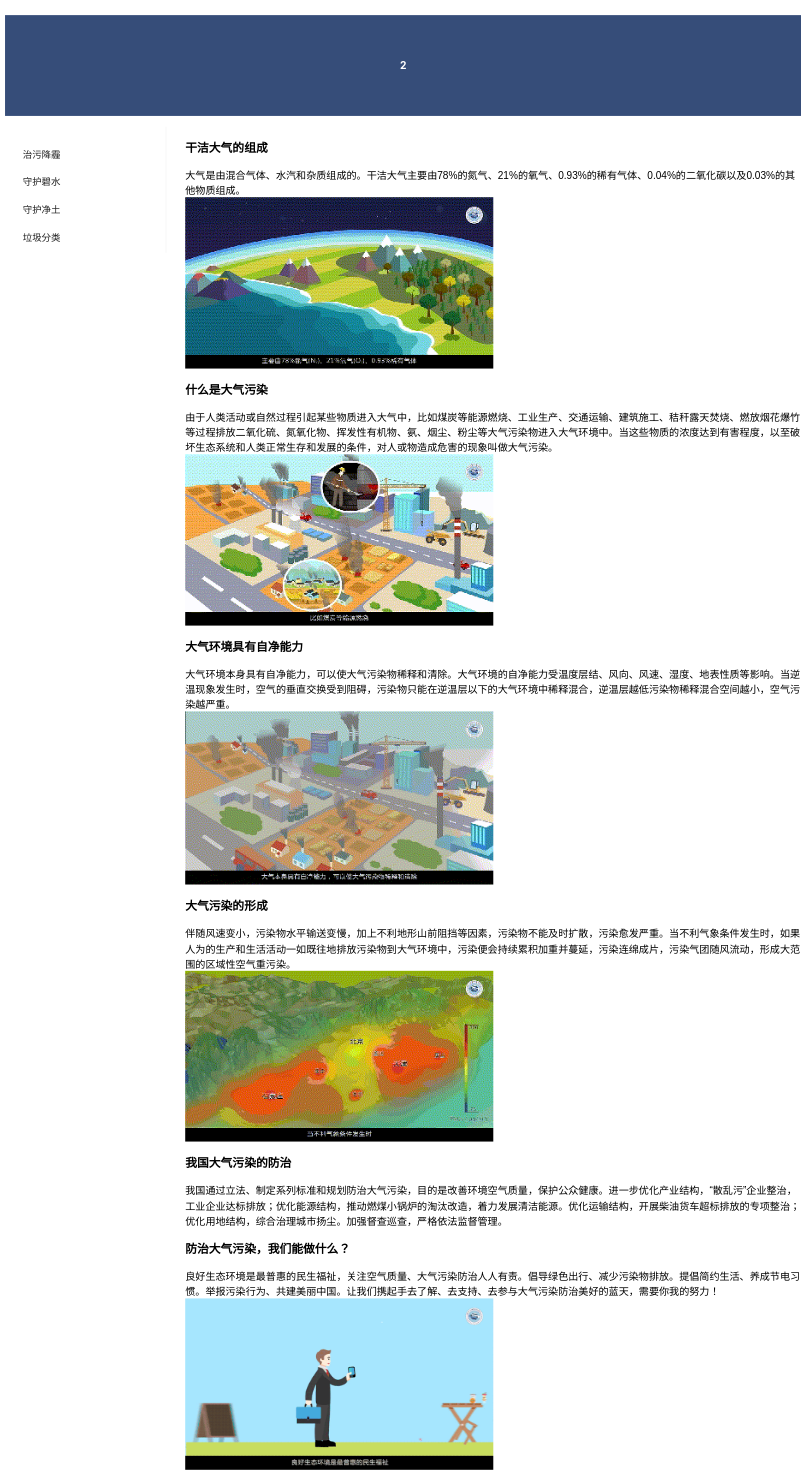
Repository: samllbin/summerWeb
Page: /
The author's editor kept a copy of each file at every save. The page is drawn from the files as they stood at one save, then again after the next save.
The browser window is 1280 px wide. The pictures show the whole page, at 63% of full size.
The project was rebuilt for these pictures with package versions that can differ from the ones it lists, and the page was loaded fresh each time. Also part of the build but not shown: vite.config.js, components/menu/config.js, components/article/index.module.css, components/article/index.jsx.

Above is the page before, as saved 2024-07-22 16:44:58.

### src/App.jsx
import React, { useState } from "react";
import style from "./assets/index.module.css";
import Carousel from "@components/carousel/index";
import MenuTab from "@components/menu/MenuTab";
import Content from "@components/content";
import Article from "@components/article";

export default function App() {
  const [current, setCurrent] = useState("1");
  return (
    <div>
      <Carousel />
      <div className={style.layout}>
        <MenuTab setCurrent={setCurrent} current={current} />
        <Content />
      </div>
    </div>
  );
}

### src/assets/index.module.css
.layout {
  font-family: "宋体", sans-serif;
  display: flex;
}

### components/carousel/index.jsx
import React from "react";
import { Carousel } from "antd";
import style from "./index.module.css";

export default function carousel() {
  return (
    <Carousel autoplay>
      <div>
        <h3 className={style.contentStyle}>1</h3>
      </div>
      <div>
        <h3 className={style.contentStyle}>2</h3>
      </div>
      <div>
        <h3 className={style.contentStyle}>3</h3>
      </div>
      <div>
        <h3 className={style.contentStyle}>4</h3>
      </div>
    </Carousel>
  );
}

### components/menu/MenuTab.jsx
import React from "react";
import { Menu } from "antd";
import { useState } from "react";
import { config } from "./config";

export default function MenuTab({ current, setCurrent }) {
  const onClick = (e) => {
    console.log("click ", e);
    setCurrent(e.key);
  };
  return (
    <div>
      <Menu
        onClick={onClick}
        style={{ width: 256, fontSize: 15, paddingTop: 20 }}
        defaultOpenKeys={["sub1"]}
        selectedKeys={[current]}
        mode="inline"
        items={config}
      />
    </div>
  );
}

### components/content/index.jsx
import React from "react";
import style from "./index.module.css";
import config from "./config";

export default function Content() {
  return (
    <div className={style.layout}>
      {config
        .filter((item) => {
          return item.title === "治污降霾";
        })[0]
        ?.value.map((item, index) => {
          return (
            <div key={index} className={style.text}>
              <h3 className={style.title}>{item?.subTitle}</h3>
              <div className={style.content}>{item.content}</div>
              <img src={item.imageURL} alt="" className={style.image} />
            </div>
          );
        })}
    </div>
  );
}

### components/carousel/index.module.css
.contentStyle {
  height: 160px;
  color: #fff;
  line-height: 160px;
  text-align: center;
  background: #364d79;
}

### components/content/index.module.css
.layout {
  display: flex;
  /* width: 80%; */
  width: 1000px;
  margin-left: 30px;
  flex-direction: column;
  align-items: center;
  justify-content: center;
}

.text {
  display: flex;
  flex-direction: column;
  align-items: start;
  justify-content: center;
}

.title {
}

.image {
  width: 50%;
}

### components/content/config.js
export default [
  {
    title: "治污降霾",
    value: [
      {
        subTitle: "干洁大气的组成",
        content:
          "大气是由混合气体、水汽和杂质组成的。干洁大气主要由78%的氮气、21%的氧气、0.93%的稀有气体、0.04%的二氧化碳以及0.03%的其他物质组成。",
        imageURL: "../../public/大气组成.png",
      },
      {
        subTitle: "什么是大气污染",
        content:
          "由于人类活动或自然过程引起某些物质进入大气中，比如煤炭等能源燃烧、工业生产、交通运输、建筑施工、秸秆露天焚烧、燃放烟花爆竹等过程排放二氧化硫、氮氧化物、挥发性有机物、氨、烟尘、粉尘等大气污染物进入大气环境中。当这些物质的浓度达到有害程度，以至破坏生态系统和人类正常生存和发展的条件，对人或物造成危害的现象叫做大气污染。",
        imageURL: "../../public/大气污染.png",
      },
      {
        subTitle: "大气环境具有自净能力",
        content:
          "大气环境本身具有自净能力，可以使大气污染物稀释和清除。大气环境的自净能力受温度层结、风向、风速、湿度、地表性质等影响。当逆温现象发生时，空气的垂直交换受到阻碍，污染物只能在逆温层以下的大气环境中稀释混合，逆温层越低污染物稀释混合空间越小，空气污染越严重。",
        imageURL: "../../public/自净能力.png",
      },
      {
        subTitle: "大气污染的形成",
        content:
          "伴随风速变小，污染物水平输送变慢，加上不利地形山前阻挡等因素，污染物不能及时扩散，污染愈发严重。当不利气象条件发生时，如果人为的生产和生活活动一如既往地排放污染物到大气环境中，污染便会持续累积加重并蔓延，污染连绵成片，污染气团随风流动，形成大范围的区域性空气重污染。",
        imageURL: "../../public/污染形成.png",
      },
      {
        subTitle: "我国大气污染的防治",
        content:
          "我国通过立法、制定系列标准和规划防治大气污染，目的是改善环境空气质量，保护公众健康。进一步优化产业结构，“散乱污”企业整治，工业企业达标排放；优化能源结构，推动燃煤小锅炉的淘汰改造，着力发展清洁能源。优化运输结构，开展柴油货车超标排放的专项整治；优化用地结构，综合治理城市扬尘。加强督查巡查，严格依法监督管理。",
      },
      {
        subTitle: "防治大气污染，我们能做什么？",
        content:
          "良好生态环境是最普惠的民生福祉，关注空气质量、大气污染防治人人有责。倡导绿色出行、减少污染物排放。提倡简约生活、养成节电习惯。举报污染行为、共建美丽中国。让我们携起手去了解、去支持、去参与大气污染防治美好的蓝天，需要你我的努力！",
        imageURL: "../../public/防止污染.png",
      },
    ],
  },
];

Loaded but not shown: index.html (common file); src/main.jsx (common file)

After the next save:
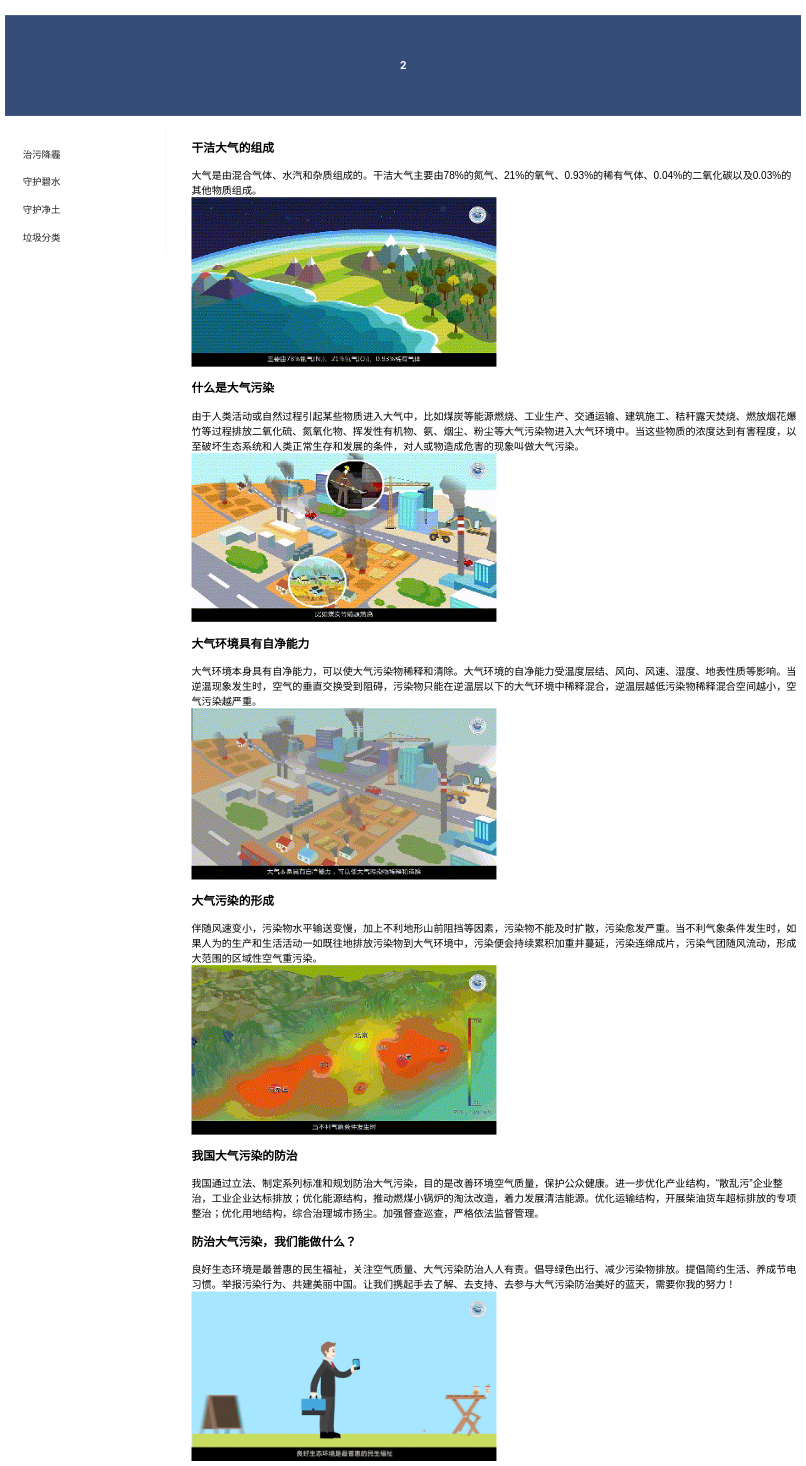
Saved 4 s later.
--- a/components/content/index.module.css
+++ b/components/content/index.module.css
@@ -2,7 +2,7 @@
   display: flex;
   /* width: 80%; */
   width: 1000px;
-  margin-left: 30px;
+  margin-left: 40px;
   flex-direction: column;
   align-items: center;
   justify-content: center;
